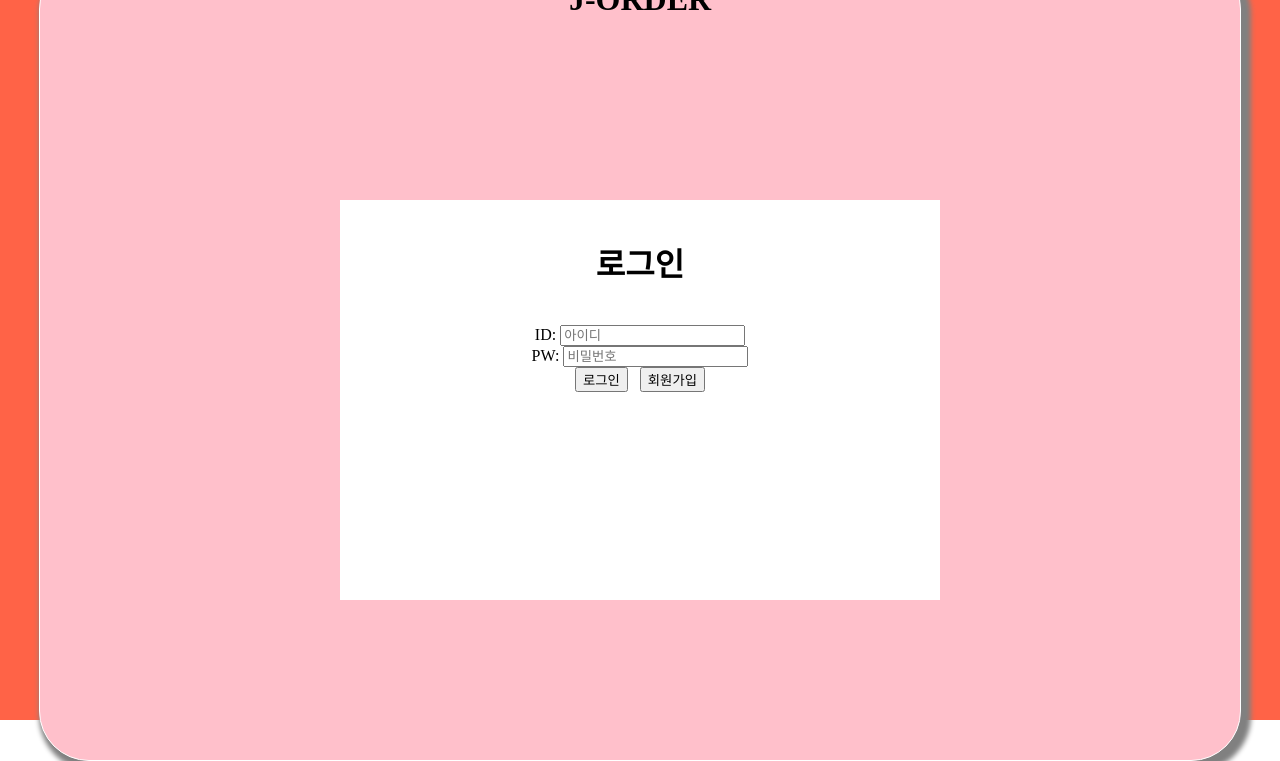
Repository: Devhyeongseon/Academy_Jsp
Page: http://localhost/MyBasic/
The author's editor kept a copy of each file at every save. The page is drawn from the files as they stood at one save, then again after the next save.
The browser window is 1280 px wide. The pictures show the whole page.
The page is served by Tomcat 9.

Above is the page before, as saved 2024-01-10 08:45:59.

After the next save:
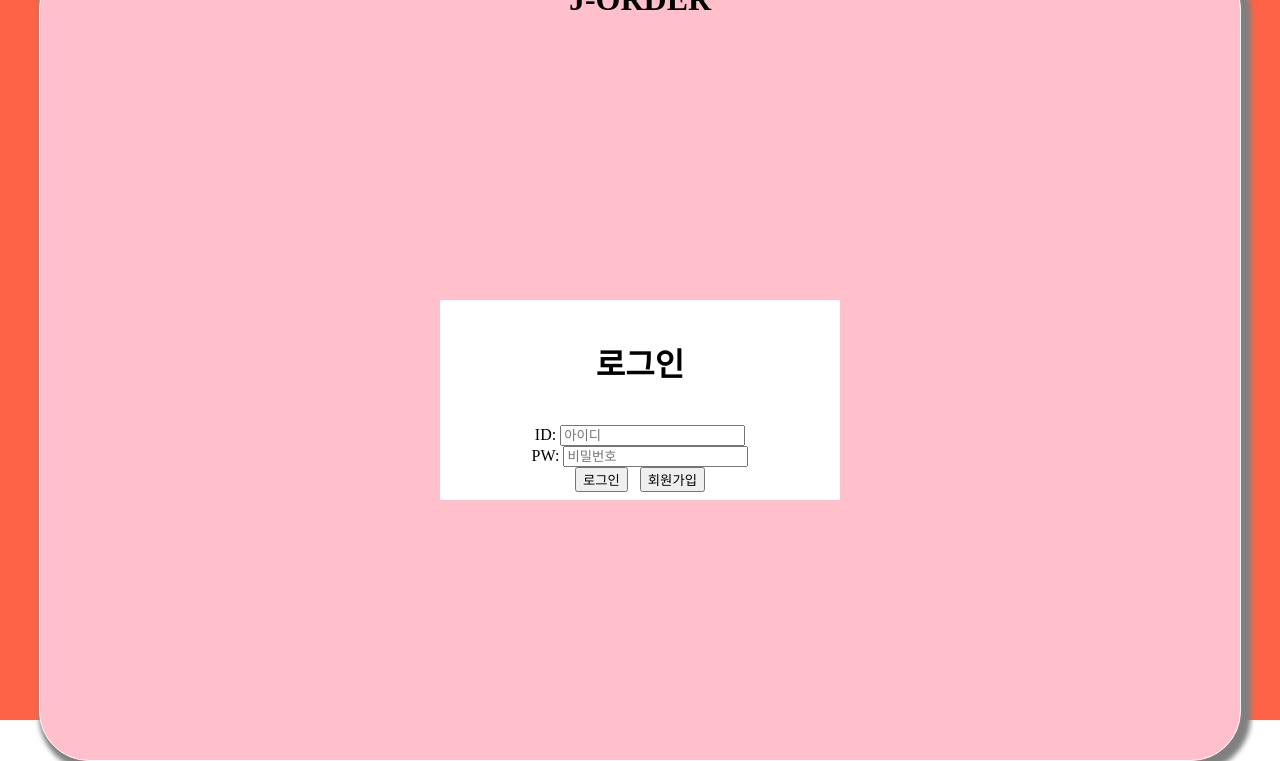
Saved 2 min 9 s later.
--- a/MyBasic/src/main/webapp/index.jsp
+++ b/MyBasic/src/main/webapp/index.jsp
@@ -40,8 +40,8 @@
 }
 
 .loginbox {
-	width: 600px;
-	height: 400px;
+	width: 400px;
+	height: 200px;
 	background: white;
 	margin: auto;
 	 text-align: center;

After the save that followed:
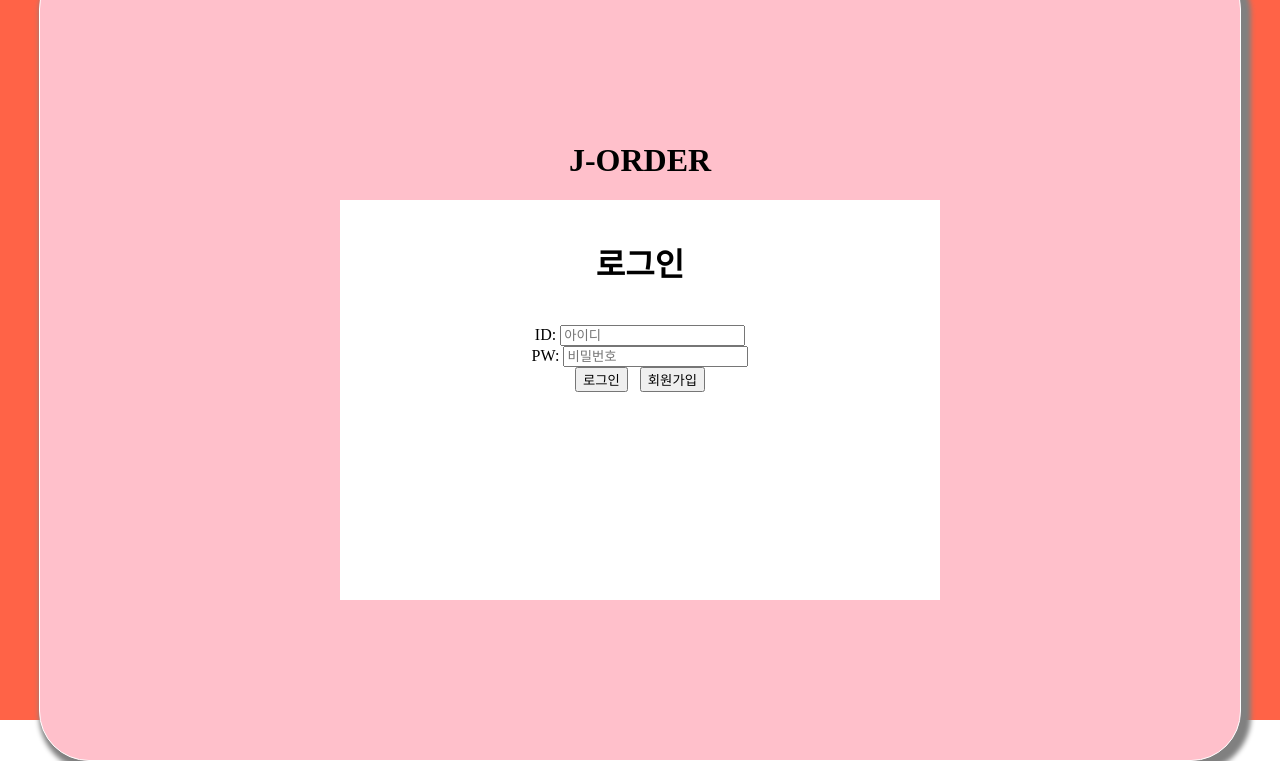
Saved 15 s later.
--- a/MyBasic/src/main/webapp/index.jsp
+++ b/MyBasic/src/main/webapp/index.jsp
@@ -40,11 +40,11 @@
 }
 
 .loginbox {
-	width: 400px;
-	height: 200px;
+	width: 600px;
+	height: 400px;
 	background: white;
-	margin: auto;
-	 text-align: center;
+
+	text-align: center;
 }
 </style>
 
